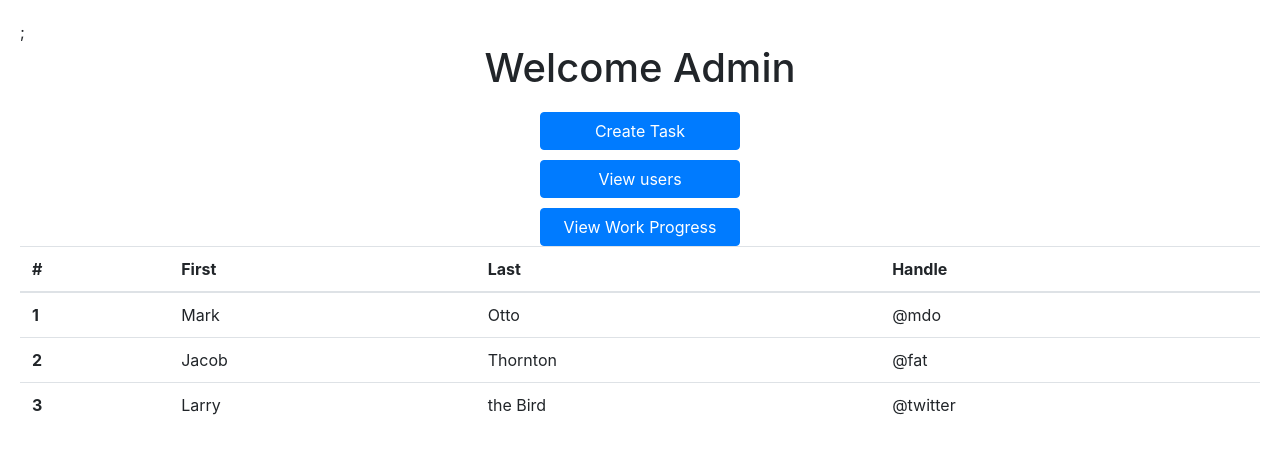
Repository: neha-rouniyar/taskmgmt
Page: http://localhost/admin/view-users
An editor plug-in stored every save of this project. The page is shown before and after the next save, followed by the edit.
The browser window is 1280 px wide. The pictures show the whole page.
Some web libraries are served in a nearby version. The page is served by the project's Laravel application, run on PHP 8.4 with Laravel 10. Other server files are loaded and not shown.

Above is the page before, as saved 2023-12-11 14:56:59.

### routes/web.php
<?php

use App\Http\Controllers\AdminController;
use Illuminate\Support\Facades\Route;
use App\Http\Controllers\LoginController;
/*
|--------------------------------------------------------------------------
| Web Routes
|--------------------------------------------------------------------------
|
| Here is where you can register web routes for your application. These
| routes are loaded by the RouteServiceProvider and all of them will
| be assigned to the "web" middleware group. Make something great!
|
*/

Route::get('/', function () {
    return view('welcome');
});
Route::get('/login-form',[LoginController::class,'index'])->name('login.form');
Route::post('/login-form-submit',[LoginController::class,'loginFormSubmit'])->name('login.form.submit');




Route::get('/register-form',[LoginController::class,'index2'])->name('register.form');
Route::post('/register-form-submit',[LoginController::class,'registerFormSubmit'])->name('register.form.submit');


//user dashboard
Route::get('/user-dashboard',[LoginController::class,'userDashboard'])->name('user.dashboard');
Route::get('/admin-dashboard',[LoginController::class,'adminDashboard'])->name('admin.dashboard');


//admin
Route::get('/admin/view-users',[AdminController::class,'viewUsers'])->name('admin.view.users');

### app/Http/Controllers/AdminController.php
<?php

namespace App\Http\Controllers;

use App\Models\User;
use Illuminate\Http\Request;

class AdminController extends Controller
{
    public function viewUsers()
    {
        $users=User::where('usertype','regular');
        return view('admin.viewUsers',compact('users'));
    }
}

### resources/views/admin/viewUsers.blade.php
@extends('admin.dashboard');
@section('admin-content')

<table class="table">
    <thead>
      <tr>
        <th scope="col">#</th>
        <th scope="col">First</th>
        <th scope="col">Last</th>
        <th scope="col">Handle</th>
      </tr>
    </thead>
    <tbody>
      <tr>
        <th scope="row">1</th>
        <td>Mark</td>
        <td>Otto</td>
        <td>@mdo</td>
      </tr>
      <tr>
        <th scope="row">2</th>
        <td>Jacob</td>
        <td>Thornton</td>
        <td>@fat</td>
      </tr>
      <tr>
        <th scope="row">3</th>
        <td>Larry</td>
        <td>the Bird</td>
        <td>@twitter</td>
      </tr>
    </tbody>
  </table>

@endsection

### resources/views/admin/dashboard.blade.php
<!doctype html>
<html lang="en">
  <head>
    <!-- Required meta tags -->
    <meta charset="utf-8">
    <meta name="viewport" content="width=device-width, initial-scale=1, shrink-to-fit=no">

    <!-- Bootstrap CSS -->
    <link rel="stylesheet" href="https://cdn.jsdelivr.net/npm/bootstrap@4.0.0/dist/css/bootstrap.min.css" integrity="sha384-Gn5384xqQ1aoWXA+058RXPxPg6fy4IWvTNh0E263XmFcJlSAwiGgFAW/dAiS6JXm" crossorigin="anonymous">
    <style>
      body {
          padding: 20px;
      }

      h1 {
          margin-bottom: 20px;
      }

      .btn-container {
          display: flex;
          flex-direction: column;
          gap: 10px;
      }

      .btn-container a {
          text-decoration: none;
      }

      .btn {
          width: 200px;
      }
  </style>
    <title>Hello, world!</title>
  </head>
  <body>
    <div class="container text-center">
        <h1>Welcome Admin</h1>
        <div class="btn-container">
            <a href="">
                <button type="button" class="btn btn-primary">Create Task</button>
            </a>
            <a href="{{route('admin.view.users')}}">
                <button type="button" class="btn btn-primary">View users</button>
            </a>
            <a href="">
                <button type="button" class="btn btn-primary">View Work Progress</button>
            </a>
        </div>
    </div>
    @yield('admin-content')
    <script src="https://code.jquery.com/jquery-3.2.1.slim.min.js" integrity="sha384-KJ3o2DKtIkvYIK3UENzmM7KCkRr/rE9/Qpg6aAZGJwFDMVNA/GpGFF93hXpG5KkN" crossorigin="anonymous"></script>
    <script src="https://cdn.jsdelivr.net/npm/popper.js@1.12.9/dist/umd/popper.min.js" integrity="sha384-ApNbgh9B+Y1QKtv3Rn7W3mgPxhU9K/ScQsAP7hUibX39j7fakFPskvXusvfa0b4Q" crossorigin="anonymous"></script>
    <script src="https://cdn.jsdelivr.net/npm/bootstrap@4.0.0/dist/js/bootstrap.min.js" integrity="sha384-JZR6Spejh4U02d8jOt6vLEHfe/JQGiRRSQQxSfFWpi1MquVdAyjUar5+76PVCmYl" crossorigin="anonymous"></script>
</body>
</html>

Loaded but not shown: app/Http/Controllers/Controller.php (common file); app/Models/User.php (common file)

After the next save:
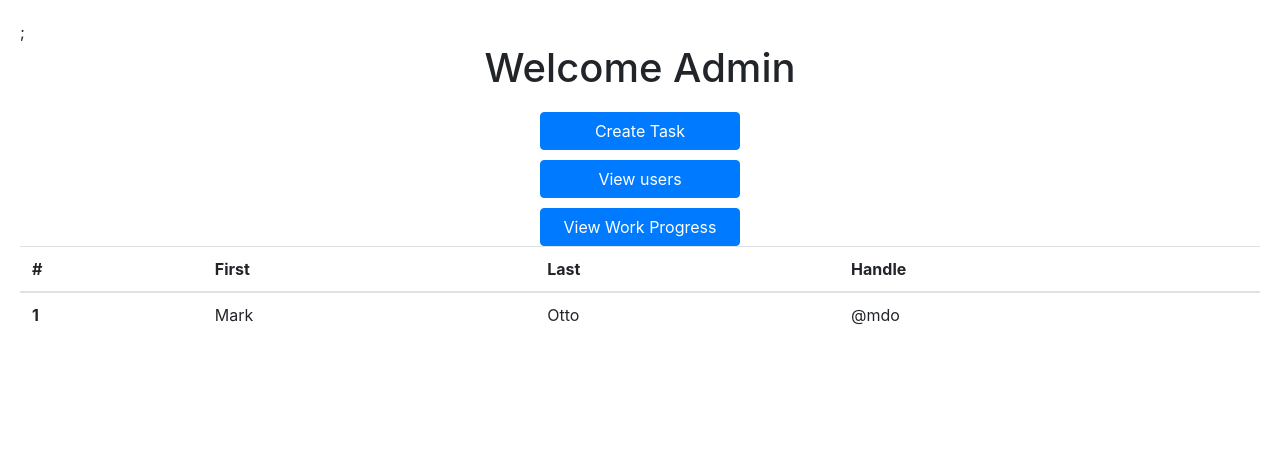
Saved 19 s later.
--- a/resources/views/admin/viewUsers.blade.php
+++ b/resources/views/admin/viewUsers.blade.php
@@ -17,18 +17,6 @@
         <td>Otto</td>
         <td>@mdo</td>
       </tr>
-      <tr>
-        <th scope="row">2</th>
-        <td>Jacob</td>
-        <td>Thornton</td>
-        <td>@fat</td>
-      </tr>
-      <tr>
-        <th scope="row">3</th>
-        <td>Larry</td>
-        <td>the Bird</td>
-        <td>@twitter</td>
-      </tr>
     </tbody>
   </table>
 
